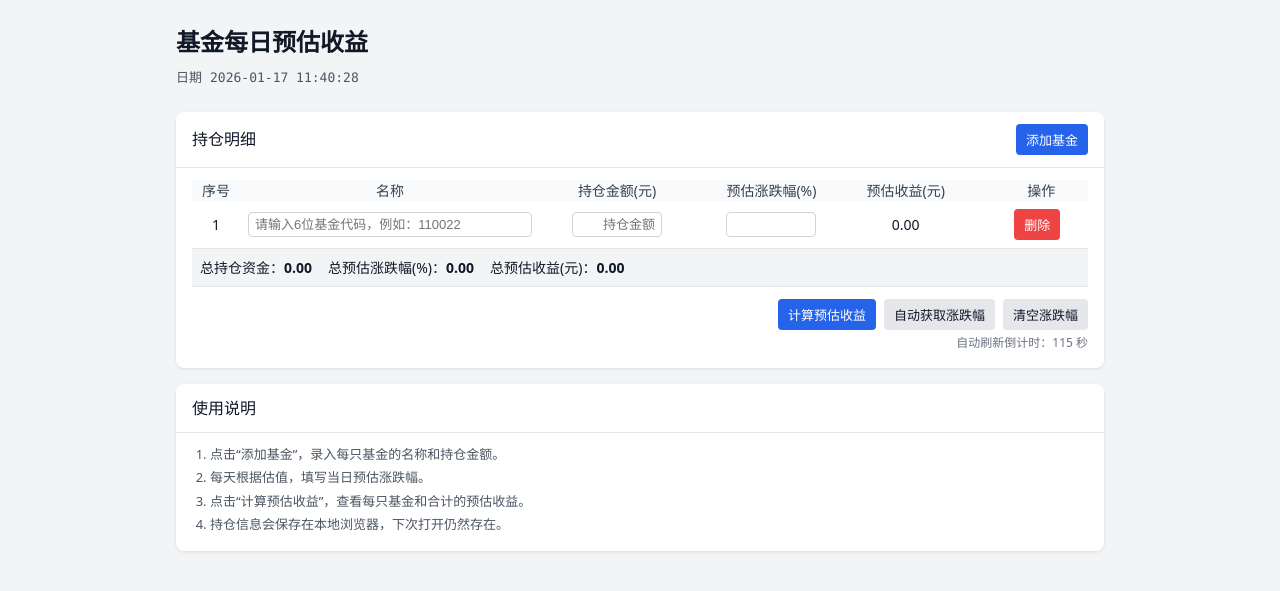
Repository: zt-boom/finance
Page: index.html
These files come from the project's save history. The page is drawn as it stood at one moment and after the next save; the edit follows.
The browser window is 1280 px wide. The pictures show the whole page.

Above is the page before, as saved 2026-01-17 14:05:55.

### index.html
<!DOCTYPE html>
<html lang="zh-CN">
<head>
<meta charset="UTF-8">
<title>基金每日预估收益</title>
<meta name="viewport" content="width=device-width,initial-scale=1">
<link rel="stylesheet" href="./style.css">
</head>
<body>
<div class="app">
<header class="app-header">
<h1>基金每日预估收益</h1>
<div class="date-row">
<span>日期</span>
<span id="current-date"></span>
</div>
</header>
<main class="app-main">
<section class="card">
<div class="card-header">
<h2>持仓明细</h2>
<button id="add-fund-btn" class="primary-button">添加基金</button>
</div>
<div class="card-body">
<div class="table-wrapper">
<table class="fund-table">
<thead>
<tr>
<th class="index-col">序号</th>
<th>名称</th>
<th>持仓金额(元)</th>
<th>预估涨跌幅(%)</th>
<th>预估收益(元)</th>
<th>操作</th>
</tr>
</thead>
<tbody id="fund-table-body"></tbody>
<tfoot>
<tr class="summary-row">
<td colspan="6">
<div class="summary-items">
<div class="summary-left">
<span>总持仓资金：<strong id="total-amount">0.00</strong></span>
<span>总预估涨跌幅(%)：<strong id="total-percent">0.00</strong></span>
<span>总预估收益(元)：<strong id="total-profit">0.00</strong></span>
</div>
</div>
</td>
</tr>
</tfoot>
</table>
</div>
<div class="actions-row">
<button id="calculate-btn" class="primary-button">计算预估收益</button>
<button id="fetch-percent-btn" class="secondary-button">自动获取涨跌幅</button>
<button id="reset-percentage-btn" class="secondary-button">清空涨跌幅</button>
</div>
<div class="auto-refresh-info">
<span>自动刷新倒计时：<span id="auto-refresh-countdown">120</span> 秒</span>
</div>
</div>
</section>
<section class="card">
<div class="card-header">
<h2>使用说明</h2>
</div>
<div class="card-body instructions">
<ol>
<li>点击“添加基金”，录入每只基金的名称和持仓金额。</li>
<li>每天根据估值，填写当日预估涨跌幅。</li>
<li>点击“计算预估收益”，查看每只基金和合计的预估收益。</li>
<li>持仓信息会保存在本地浏览器，下次打开仍然存在。</li>
</ol>
</div>
</section>
</main>
</div>
<script src="./main.js"></script>
</body>
</html>

### style.css
* {
box-sizing: border-box;
margin: 0;
padding: 0;
}

body {
font-family: system-ui, -apple-system, BlinkMacSystemFont, "Segoe UI", sans-serif;
background-color: #f3f4f6;
color: #111827;
line-height: 1.5;
}

.app {
max-width: 960px;
margin: 0 auto;
padding: 24px 16px 40px;
}

.app-header {
display: flex;
flex-direction: column;
gap: 8px;
margin-bottom: 24px;
}

.app-header h1 {
font-size: 24px;
font-weight: 600;
color: #111827;
}

.date-row {
display: flex;
gap: 8px;
align-items: center;
font-size: 13px;
color: #4b5563;
}

.date-row span:last-child {
font-family: ui-monospace, SFMono-Regular, Menlo, Monaco, Consolas, "Liberation Mono", "Courier New", monospace;
font-variant-numeric: tabular-nums;
}

.app-main {
display: flex;
flex-direction: column;
gap: 16px;
}

.card {
background-color: #ffffff;
border-radius: 8px;
box-shadow: 0 1px 3px rgba(15, 23, 42, 0.1);
overflow: hidden;
}

.card-header {
display: flex;
justify-content: space-between;
align-items: center;
padding: 12px 16px;
border-bottom: 1px solid #e5e7eb;
}

.card-header h2 {
font-size: 16px;
font-weight: 500;
}

.card-body {
padding: 12px 16px 16px;
}

.table-wrapper {
overflow-x: auto;
margin-bottom: 12px;
}

.fund-table {
width: 100%;
border-collapse: collapse;
font-size: 14px;
}

.fund-table td {
border-bottom: 1px solid #e5e7eb;
padding: 8px;
text-align: left;
}

.fund-table th.index-col,
.fund-table td[data-role="row-index"] {
width: 48px;
text-align: center;
}

.fund-table td:nth-child(3),
.fund-table td:nth-child(4) {
text-align: center;
}

.fund-table td:nth-child(5),
.fund-table td:nth-child(6) {
text-align: center;
}

.fund-table thead {
background-color: #f9fafb;
}

.fund-table th {
font-weight: 500;
color: #374151;
text-align: center;
}

.fund-table tbody tr:nth-child(even) {
background-color: #f9fafb;
}

.fund-table input {
width: 100%;
padding: 4px 6px;
font-size: 13px;
border-radius: 4px;
border: 1px solid #d1d5db;
outline: none;
text-align: right;
}

.fund-table input.narrow-number-input {
width: 90px;
margin: 0 auto;
}

.fund-table td:nth-child(2) input {
text-align: left;
}

.fund-table th:nth-child(6),
.fund-table td:nth-child(6) {
padding-left: 32px;
}

.fund-table input[type="number"]::-webkit-outer-spin-button,
.fund-table input[type="number"]::-webkit-inner-spin-button {
-webkit-appearance: none;
margin: 0;
}

.fund-table input[type="number"] {
-moz-appearance: textfield;
}

.fund-table input:focus {
border-color: #2563eb;
box-shadow: 0 0 0 1px rgba(37, 99, 235, 0.2);
}

.value-positive {
color: #ef4444;
}

.value-negative {
color: #10b981;
}

.value-zero {
color: #6b7280;
}

.summary-row td {
font-weight: 600;
color: #111827;
background-color: #f3f4f6;
}

.summary-items {
display: flex;
flex-wrap: wrap;
gap: 4px 16px;
justify-content: flex-start;
align-items: center;
}

.summary-items span {
font-weight: 500;
white-space: nowrap;
}

.summary-left {
display: flex;
flex-wrap: wrap;
gap: 4px 16px;
align-items: center;
}

.primary-button,
.secondary-button,
.danger-button {
border-radius: 4px;
border: none;
cursor: pointer;
font-size: 13px;
padding: 6px 10px;
display: inline-flex;
align-items: center;
justify-content: center;
}

.primary-button {
background-color: #2563eb;
color: #ffffff;
}

.primary-button:hover {
background-color: #1d4ed8;
}

.secondary-button {
background-color: #e5e7eb;
color: #111827;
}

.secondary-button:hover {
background-color: #d1d5db;
}

.danger-button {
background-color: #ef4444;
color: #ffffff;
}

.danger-button:hover {
background-color: #dc2626;
}

.actions-row {
display: flex;
flex-wrap: wrap;
gap: 8px;
margin-top: 4px;
justify-content: flex-end;
}

.auto-refresh-info {
margin-top: 4px;
font-size: 12px;
color: #6b7280;
text-align: right;
}

.instructions {
font-size: 13px;
color: #4b5563;
}

.instructions ol {
padding-left: 18px;
display: flex;
flex-direction: column;
gap: 4px;
}

@media (max-width: 640px) {
.app {
padding-inline: 12px;
}
.card-header {
flex-direction: column;
gap: 8px;
align-items: flex-start;
}
}

### main.js
const STORAGE_KEY = "fund_holdings_v1";

function formatCurrency(value) {
if (Number.isNaN(value)) return "0.00";
return value.toFixed(2);
}

function formatNumber(value) {
if (Number.isNaN(value)) return "";
return value.toFixed(2);
}

function getTodayDateString() {
const now = new Date();
const year = String(now.getFullYear());
const month = String(now.getMonth() + 1).padStart(2, "0");
const day = String(now.getDate()).padStart(2, "0");
const hours = String(now.getHours()).padStart(2, "0");
const minutes = String(now.getMinutes()).padStart(2, "0");
const seconds = String(now.getSeconds()).padStart(2, "0");
return `${year}-${month}-${day} ${hours}:${minutes}:${seconds}`;
}

const fundJsonpRequests = [];

function ensureJsonpHandler() {
if (window._fundJsonpInitialized) {
return;
}
window._fundJsonpInitialized = true;
window.jsonpgz = function (data) {
if (!data || !data.fundcode) {
return;
}
const code = data.fundcode;
while (true) {
let index = -1;
for (let i = 0; i < fundJsonpRequests.length; i += 1) {
if (fundJsonpRequests[i].code === code) {
index = i;
break;
}
}
if (index === -1) {
break;
}
const request = fundJsonpRequests.splice(index, 1)[0];
try {
const value = request.transform ? request.transform(data) : data;
request.resolve(value);
} catch (e) {
if (request.reject) {
if (e instanceof Error) {
request.reject(e);
} else {
request.reject(new Error("解析基金数据失败"));
}
}
}
}
};
}

function fetchFundEstimate(code) {
return new Promise((resolve, reject) => {
if (!code) {
reject(new Error("缺少基金代码"));
return;
}
ensureJsonpHandler();
fundJsonpRequests.push({
code,
resolve,
reject,
transform: data => {
const percent = parseFloat(data.gszzl);
if (Number.isNaN(percent)) {
throw new Error("无效的涨跌幅数据");
}
return percent;
}
});
const script = document.createElement("script");
script.src = `https://fundgz.1234567.com.cn/js/${code}.js?rt=${Date.now()}`;
script.onerror = () => {
for (let i = 0; i < fundJsonpRequests.length; i += 1) {
if (fundJsonpRequests[i].code === code) {
const request = fundJsonpRequests.splice(i, 1)[0];
request.reject(new Error("获取基金数据失败"));
break;
}
}
};
document.body.appendChild(script);
});
}

function fetchFundInfo(code) {
return new Promise((resolve, reject) => {
if (!code) {
reject(new Error("缺少基金代码"));
return;
}
ensureJsonpHandler();
fundJsonpRequests.push({
code,
resolve,
reject,
transform: data => data
});
const script = document.createElement("script");
script.src = `https://fundgz.1234567.com.cn/js/${code}.js?rt=${Date.now()}`;
script.onerror = () => {
for (let i = 0; i < fundJsonpRequests.length; i += 1) {
if (fundJsonpRequests[i].code === code) {
const request = fundJsonpRequests.splice(i, 1)[0];
request.reject(new Error("获取基金数据失败"));
break;
}
}
};
document.body.appendChild(script);
});
}

function parseFundCodeFromName(name) {
if (!name) return null;
const match = name.match(/(\d{6})/);
if (!match) {
return null;
}
return match[1];
}

function loadHoldingsFromStorage() {
try {
const raw = window.localStorage.getItem(STORAGE_KEY);
if (!raw) return [];
const parsed = JSON.parse(raw);
if (!Array.isArray(parsed)) return [];
return parsed;
} catch (e) {
return [];
}
}

function saveHoldingsToStorage(holdings) {
try {
const serialized = JSON.stringify(holdings);
window.localStorage.setItem(STORAGE_KEY, serialized);
} catch (e) {
}
}

function createTableRow(fund) {
const tr = document.createElement("tr");
const indexTd = document.createElement("td");
const nameTd = document.createElement("td");
const amountTd = document.createElement("td");
const percentTd = document.createElement("td");
const profitTd = document.createElement("td");
const actionsTd = document.createElement("td");
const nameInput = document.createElement("input");
nameInput.type = "text";
nameInput.value = fund.name || "";
nameInput.placeholder = "请输入6位基金代码，例如：110022";
nameInput.addEventListener("change", handleStorageUpdate);
nameInput.addEventListener("keydown", event => {
if (event.key === "Enter") {
event.preventDefault();
const raw = nameInput.value.trim();
const code = parseFundCodeFromName(raw);
if (!code) {
window.alert("请先输入6位基金代码");
return;
}
const rows = document.querySelectorAll('tr[data-role="fund-row"]');
let duplicate = false;
rows.forEach(row => {
const inputs = row.querySelectorAll("input");
const otherNameInput = inputs[0];
if (!otherNameInput || otherNameInput === nameInput) {
return;
}
const otherCode = parseFundCodeFromName(otherNameInput.value.trim());
if (otherCode && otherCode === code) {
duplicate = true;
}
});
if (duplicate) {
window.alert("该基金代码已存在，请不要重复添加");
return;
}
nameInput.disabled = true;
fetchFundInfo(code).then(data => {
nameInput.disabled = false;
if (!data || !data.name) {
window.alert("未能获取基金名称，请检查基金代码");
return;
}
nameInput.value = `${code}  ${data.name}`;
handleStorageUpdate();
}).catch(() => {
nameInput.disabled = false;
window.alert("未能获取基金名称，请检查基金代码或网络连接");
});
}
});
const amountInput = document.createElement("input");
amountInput.type = "number";
amountInput.step = "0.01";
amountInput.min = "0";
amountInput.value = fund.amount != null ? String(fund.amount) : "";
amountInput.placeholder = "持仓金额";
amountInput.addEventListener("change", handleStorageUpdate);
const percentInput = document.createElement("input");
percentInput.type = "number";
percentInput.step = "0.01";
percentInput.placeholder = "";
amountInput.className = "narrow-number-input";
percentInput.className = "narrow-number-input";
const profitSpan = document.createElement("span");
profitSpan.textContent = "0.00";
const deleteButton = document.createElement("button");
deleteButton.textContent = "删除";
deleteButton.className = "danger-button";
deleteButton.addEventListener("click", () => {
const inputs = tr.querySelectorAll("input");
const nameValue = inputs[0] ? inputs[0].value.trim() : "";
const amountValue = inputs[1] ? inputs[1].value.trim() : "";
const percentValue = inputs[2] ? inputs[2].value.trim() : "";
const isEmptyRow = !nameValue && !amountValue && !percentValue;
if (!isEmptyRow) {
const confirmed = window.confirm("确定要删除这条持仓记录吗？");
if (!confirmed) {
return;
}
}
tr.remove();
handleStorageUpdate();
calculateProfit();
updateRowIndices();
});
indexTd.dataset.role = "row-index";
profitTd.dataset.role = "profit-cell";
nameTd.appendChild(nameInput);
amountTd.appendChild(amountInput);
percentTd.appendChild(percentInput);
profitTd.appendChild(profitSpan);
actionsTd.appendChild(deleteButton);
tr.appendChild(indexTd);
tr.appendChild(nameTd);
tr.appendChild(amountTd);
tr.appendChild(percentTd);
tr.appendChild(profitTd);
tr.appendChild(actionsTd);
tr.dataset.role = "fund-row";
return tr;
}

function readHoldingsFromTable() {
const rows = document.querySelectorAll('tr[data-role="fund-row"]');
const holdings = [];
rows.forEach(row => {
const inputs = row.querySelectorAll("input");
const nameInput = inputs[0];
const amountInput = inputs[1];
const name = nameInput.value.trim();
const amount = parseFloat(amountInput.value);
if (!name && (Number.isNaN(amount) || amount <= 0)) {
return;
}
holdings.push({
name,
amount: Number.isNaN(amount) ? 0 : amount
});
});
return holdings;
}

function handleStorageUpdate() {
const holdings = readHoldingsFromTable();
saveHoldingsToStorage(holdings);
}

function populateTableFromStorage() {
const tbody = document.getElementById("fund-table-body");
tbody.innerHTML = "";
const holdings = loadHoldingsFromStorage();
if (holdings.length === 0) {
const row = createTableRow({ name: "", amount: null });
tbody.appendChild(row);
updateRowIndices();
return;
}
holdings.forEach(fund => {
const row = createTableRow(fund);
tbody.appendChild(row);
});
updateRowIndices();
}

function calculateProfit() {
const rows = document.querySelectorAll('tr[data-role="fund-row"]');
let totalProfit = 0;
let totalHoldingAmount = 0;
let activeAmount = 0;
rows.forEach(row => {
const inputs = row.querySelectorAll("input");
const amountInput = inputs[1];
const percentInput = inputs[2];
const amount = parseFloat(amountInput.value);
const percent = parseFloat(percentInput.value);
const profitCell = row.querySelector('td[data-role="profit-cell"] span');
if (!Number.isNaN(amount)) {
totalHoldingAmount += amount;
}
if (Number.isNaN(amount) || Number.isNaN(percent)) {
profitCell.textContent = "0.00";
applyProfitColor(profitCell, 0);
return;
}
const profit = amount * percent / 100;
totalProfit += profit;
activeAmount += amount;
profitCell.textContent = formatCurrency(profit);
applyProfitColor(profitCell, profit);
});
const totalAmountElement = document.getElementById("total-amount");
const totalPercentElement = document.getElementById("total-percent");
if (totalAmountElement) {
totalAmountElement.textContent = formatCurrency(totalHoldingAmount);
}
if (totalPercentElement) {
const totalPercent = activeAmount > 0 ? (totalProfit / activeAmount) * 100 : 0;
totalPercentElement.textContent = formatCurrency(totalPercent);
}
const totalProfitElement = document.getElementById("total-profit");
totalProfitElement.textContent = formatCurrency(totalProfit);
applyProfitColor(totalProfitElement, totalProfit);
}

function resetPercentages() {
const rows = document.querySelectorAll('tr[data-role="fund-row"]');
rows.forEach(row => {
const inputs = row.querySelectorAll("input");
const percentInput = inputs[2];
const profitCell = row.querySelector('td[data-role="profit-cell"] span');
percentInput.value = "";
profitCell.textContent = "0.00";
applyProfitColor(profitCell, 0);
});
const totalProfitElement = document.getElementById("total-profit");
totalProfitElement.textContent = "0.00";
applyProfitColor(totalProfitElement, 0);
const totalPercentElement = document.getElementById("total-percent");
if (totalPercentElement) {
totalPercentElement.textContent = "0.00";
}
const totalAmountElement = document.getElementById("total-amount");
if (totalAmountElement) {
let totalAmount = 0;
const rows = document.querySelectorAll('tr[data-role="fund-row"]');
rows.forEach(row => {
const inputs = row.querySelectorAll("input");
const amountInput = inputs[1];
const amount = parseFloat(amountInput.value);
if (!Number.isNaN(amount)) {
totalAmount += amount;
}
});
totalAmountElement.textContent = formatCurrency(totalAmount);
}
}


function autoFetchPercentages(options) {
const useButton = !options || options.useButton !== false;
const showAlert = !options || options.showAlert !== false;
const rows = document.querySelectorAll('tr[data-role="fund-row"]');
const promises = [];
rows.forEach(row => {
const inputs = row.querySelectorAll("input");
const nameInput = inputs[0];
const percentInput = inputs[2];
const name = nameInput ? nameInput.value.trim() : "";
const code = parseFundCodeFromName(name);
if (!code) {
return;
}
const promise = fetchFundEstimate(code).then(percent => {
const value = formatNumber(percent);
percentInput.value = value;
return true;
}).catch(() => false);
promises.push(promise);
});
if (promises.length === 0) {
if (showAlert) {
window.alert("请先在名称中输入包含6位基金代码的内容");
}
return;
}
const fetchButton = useButton ? document.getElementById("fetch-percent-btn") : null;
if (fetchButton) {
fetchButton.disabled = true;
fetchButton.textContent = "正在获取...";
}
Promise.all(promises).then(results => {
const successCount = results.filter(Boolean).length;
if (fetchButton) {
fetchButton.disabled = false;
fetchButton.textContent = "自动获取涨跌幅";
}
if (successCount === 0) {
if (showAlert) {
window.alert("未能获取任何基金的预估涨跌幅，请检查基金代码或网络连接");
}
return;
}
calculateProfit();
});
}

function applyProfitColor(element, value) {
if (!element) {
return;
}
element.classList.remove("value-positive", "value-negative", "value-zero");
if (Number.isNaN(value)) {
return;
}
if (value > 0) {
element.classList.add("value-positive");
} else if (value < 0) {
element.classList.add("value-negative");
} else {
element.classList.add("value-zero");
}
}

function initApp() {
const dateElement = document.getElementById("current-date");
if (dateElement) {
dateElement.textContent = getTodayDateString();
}
populateTableFromStorage();
const addFundButton = document.getElementById("add-fund-btn");
const calculateButton = document.getElementById("calculate-btn");
const resetPercentageButton = document.getElementById("reset-percentage-btn");
const fetchPercentButton = document.getElementById("fetch-percent-btn");
const countdownElement = document.getElementById("auto-refresh-countdown");
const autoRefreshSeconds = 120;
let remainingSeconds = autoRefreshSeconds;
function updateCountdown() {
if (countdownElement) {
countdownElement.textContent = String(remainingSeconds);
}
}
function resetCountdown() {
remainingSeconds = autoRefreshSeconds;
updateCountdown();
}
updateCountdown();
if (addFundButton) {
addFundButton.addEventListener("click", () => {
const tbody = document.getElementById("fund-table-body");
const row = createTableRow({ name: "", amount: null });
tbody.appendChild(row);
updateRowIndices();
});
}
if (calculateButton) {
calculateButton.addEventListener("click", () => {
calculateProfit();
handleStorageUpdate();
});
}
if (resetPercentageButton) {
resetPercentageButton.addEventListener("click", () => {
const confirmed = window.confirm("确定要清空所有基金的当日预估涨跌幅和预估收益吗？");
if (!confirmed) {
return;
}
resetPercentages();
});
}
if (fetchPercentButton) {
fetchPercentButton.addEventListener("click", () => {
autoFetchPercentages({ useButton: true, showAlert: true });
resetCountdown();
});
}
setInterval(() => {
remainingSeconds -= 1;
if (remainingSeconds <= 0) {
autoFetchPercentages({ useButton: false, showAlert: false });
remainingSeconds = autoRefreshSeconds;
}
updateCountdown();
}, 1000);
}

function updateRowIndices() {
const rows = document.querySelectorAll('tr[data-role="fund-row"]');
rows.forEach((row, index) => {
const indexCell = row.querySelector('td[data-role="row-index"]');
if (indexCell) {
indexCell.textContent = String(index + 1);
}
});
}

if (document.readyState === "loading") {
document.addEventListener("DOMContentLoaded", initApp);
} else {
initApp();
}

After the next save:
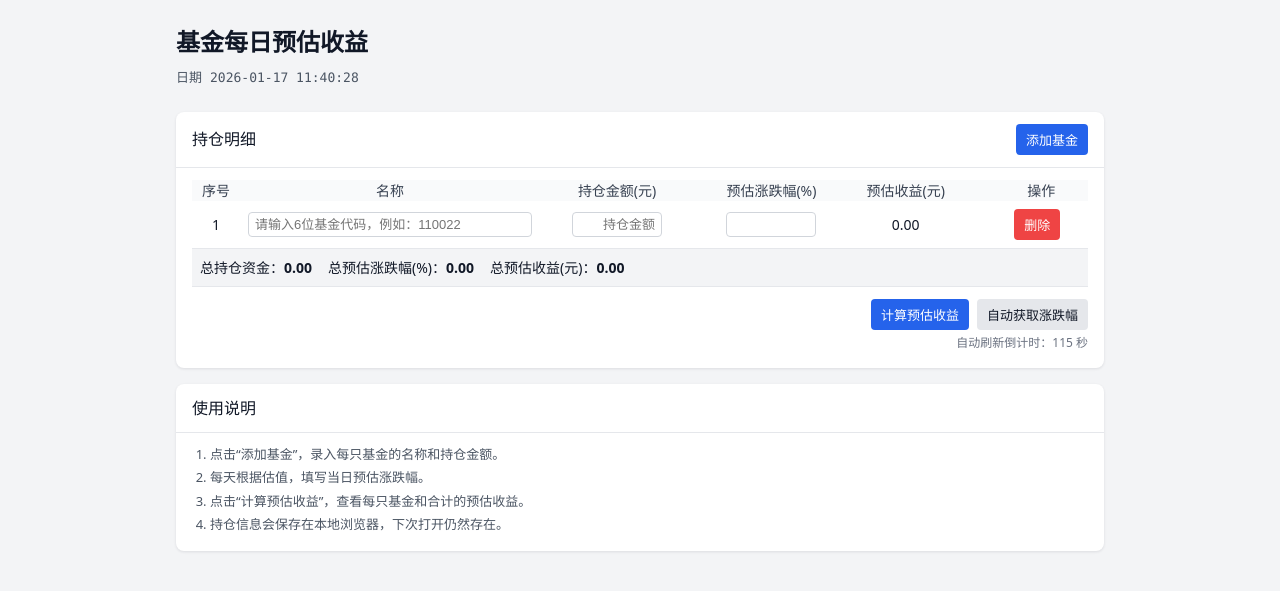
Saved 83 s later.
--- a/index.html
+++ b/index.html
@@ -53,7 +53,6 @@
 <div class="actions-row">
 <button id="calculate-btn" class="primary-button">计算预估收益</button>
 <button id="fetch-percent-btn" class="secondary-button">自动获取涨跌幅</button>
-<button id="reset-percentage-btn" class="secondary-button">清空涨跌幅</button>
 </div>
 <div class="auto-refresh-info">
 <span>自动刷新倒计时：<span id="auto-refresh-countdown">120</span> 秒</span>
